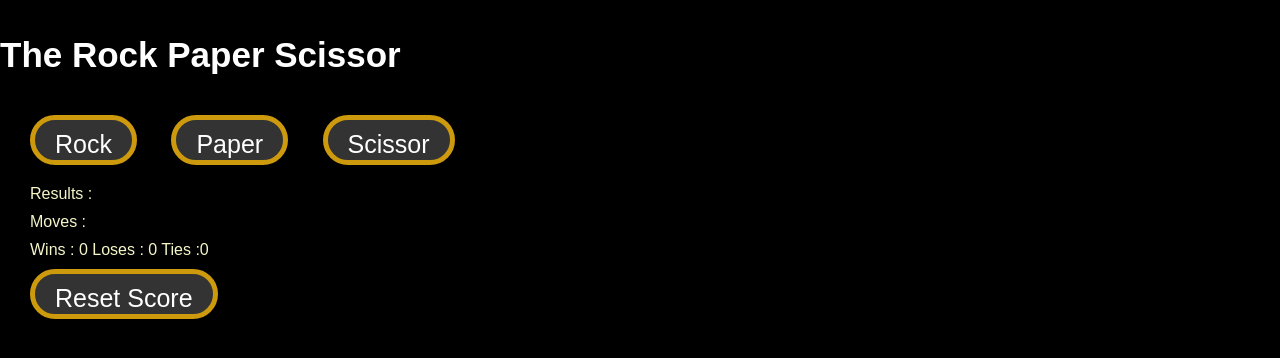
Repository: Drdregboss89/js-practical-projects
Page: index.html
An editor plug-in stored every save of this project. The page is shown before and after the next save, followed by the edit.
The browser window is 1280 px wide. The pictures show the whole page.

Above is the page before, as saved 2023-06-23 09:39:54.
Console error (its wording comes from the project's code and is left out).

### index.html
<!-- @format -->
<!DOCTYPE html>
<html lang="ENG">
  <head>
    <title>Rock Paper Scissor</title>
    <meta name="viewport" content="width=device-width, initial-scale=1.0" />
    <link rel="stylesheet" type="text/css" href="./fontawesome.min.css" />
    <link rel="stylesheet" type="text/css" href="./all.min.css" />
    <link rel="stylesheet" type="text/css" href="./line-awesome.min.css" />
    <link rel="stylesheet" type="text/css" href="index.css" />
  </head>
  <body>
    <h1>The Rock Paper Scissor</h1>

      <button onclick="playGame('Rock');">Rock</button>
      <button onclick="playGame('Paper');">Paper</button>
      <button onclick="playGame('Scissor');">Scissor</button>
      <p class="js-result">Results :</p>
      <p class="js-move">Moves :</p>
      <p class="js-score">Score :</p>
      <button
        onclick="
      score.wins:0;
      score.loses:0;
      score.ties:0;
      localStorage.removeItem('score');"
      updateScore();
      >
        Reset Score
      </button>


    <script src="index.js"></script>
  </body>
</html>

### index.css
/** @format */

 .root {
  --main-color: #379237;
  --font-color: #f0ff42;
  --border-color: #001253;
  --body-color: #f6f6c9;
}
* {
  margin: 0;
  padding: 0;
  font-family: Poppins, sans-serif;
  box-sizing: border-box;
  background-color:black;

}

 h1 {

  margin-bottom: 40px;
  margin-top: 35px;
  font-size: 35px;
  font-weight: :800;
  color:white;
}
p{
  color:#f6f6c9;
  margin-left: 30px;
  margin-bottom: 10px;
  margin-top: 10px;
}

button {
  padding: 10px 20px;
  font-size: 25px;
  height:50px;
  border-radius:75px;
  border: 5px solid rgb(206, 154, 13);
  margin-left: 30px;
  margin-bottom: 10px;
  background-color: #333;
  color: #fff;
}

### index.js
/** @format */

// let today = new Date();
// let hour = "";

// if ((hour) => 6 && hour < 12) {
//   console.log("good morning");
// } else if ((hour) => 12 && hour < 5) {
//   console.log("good day");
// }
let score = JSON.parse(localStorage.getItem("score")) || {
  wins : 0,
  loses : 0,
  ties:0
};/* short cut for using the if statement for setting default value*/ ;

/*if (!score shortcut for if score === null) {
  score{
    wins = 0,
    loses = 0,
    ties=0
  }
}*/
updateScore();

function playGame(selectMove) {
  const computerMove = rock();
  let result = "";

  if (selectMove === "Paper") {
    if (computerMove === "Rock") {
      result = "you loose";
    } else if (computerMove === "Scissor") {
      result = "you Win";
    } else if (computerMove === "Paper") {
      result = "Its a Tie";
    }
  } else if (selectMove === "Rock") {
    if (computerMove === "Rock") {
      result = "Tie";
    } else if (computerMove === "Scissor") {
      result = "you win";
    } else if (computerMove === "Paper") {
      result = "You Loose";
    }
  } else if (selectMove === "Scissor") {
    if (computerMove === "Rock") {
      result = "you Loose";
    } else if (computerMove === "Scissor") {
      result = "its a Tie";
    } else if (computerMove === "Paper") {
      result = "you Win";
    }
  }

  if (result === "you Win") {
    score.wins += 1;
  } else if (result === "you Loose") {
    score.loses += 1;
  } else if (result === "its a Tie") {
    score.ties += 1;
  }

  updateScore();

  localStorage.setItem("score", JSON.stringify(`score`));

  alert(`You select ${selectMove}. computer select ${computerMove}. ${result}
  Wins : ${score.wins} Loses : ${score.loses} Ties :${score.ties}`);
}

function updateScore() {
  document.querySelector(`.js-score`)
  .innerHTML =` Wins : ${score.wins} Loses : ${score.loses} Ties :${score.ties}`;

}

function rock() {
  const randomNumber = Math.random();
  let computerMove = "";

  if (randomNumber > 0 && randomNumber < 1 / 3) {
    computerMove = "Rock";
  } else if (randomNumber > 1 / 3 && randomNumber < 2 / 3) {
    computerMove = " Scissor";
  } else if (randomNumber > 2 / 3 && randomNumber < 1) {
    computerMove = " Paper";
  }
  return computerMove;
}

Loaded but not shown: fontawesome.min.css (library); all.min.css (library); line-awesome.min.css (library)

After the next save:
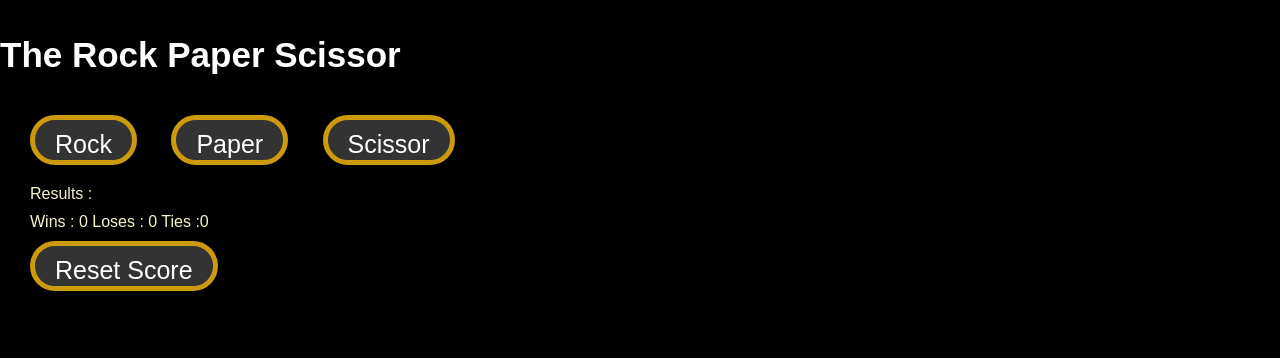
Saved 2 min 26 s later.
--- a/index.html
+++ b/index.html
@@ -16,8 +16,10 @@
       <button onclick="playGame('Paper');">Paper</button>
       <button onclick="playGame('Scissor');">Scissor</button>
       <p class="js-result">Results :</p>
-      <p class="js-move">Moves :</p>
-      <p class="js-score">Score :</p>
+      <p class="js-move">
+
+      </p>
+      <p class="js-score"></p>
       <button
         onclick="
       score.wins:0;
